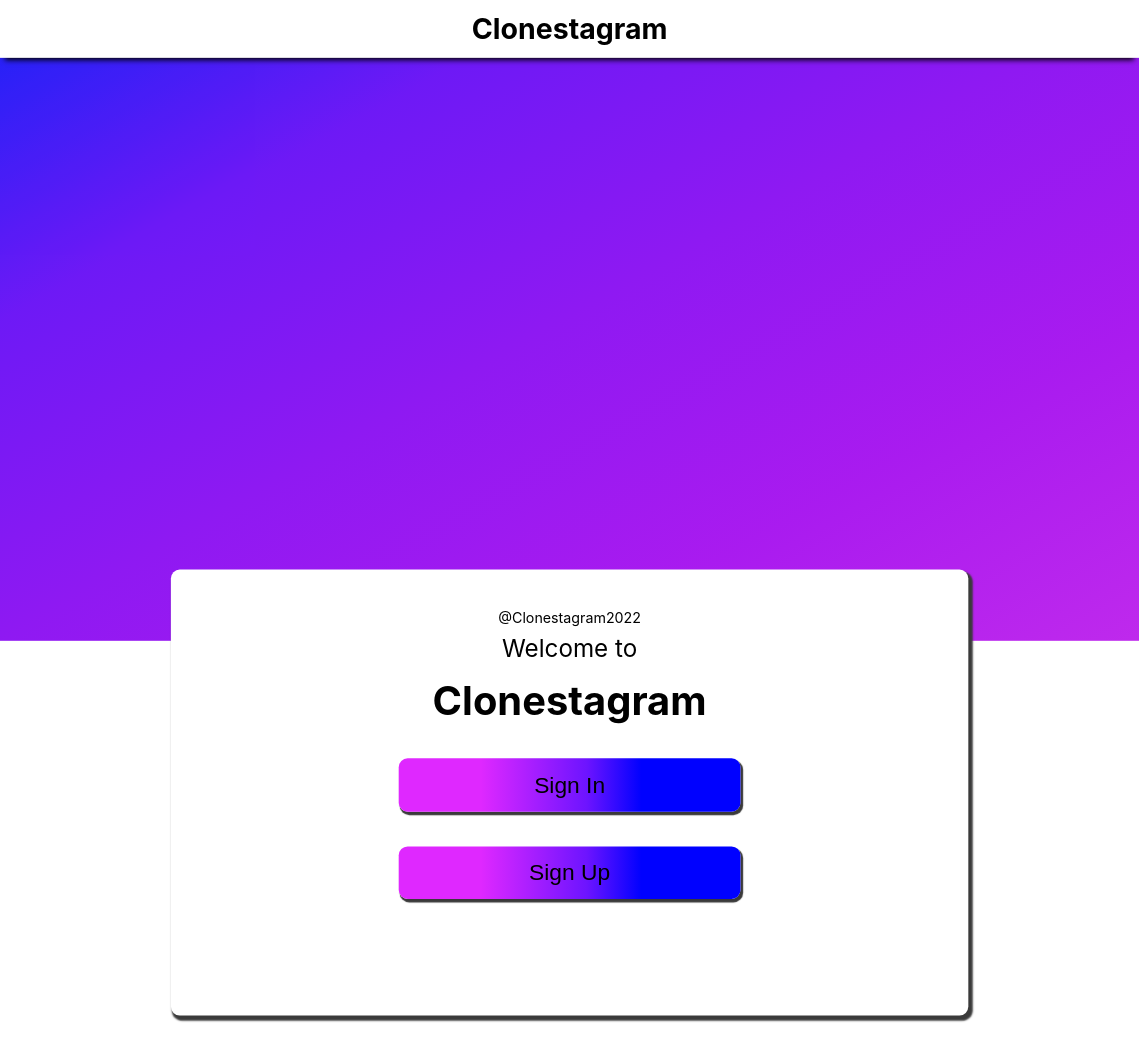
Repository: MikeMoore55/clonestagram
Page: /
These files come from the project's save history. The page is drawn as it stood at one moment and after the next save; the edit follows.
The browser window is 1280 px wide. The pictures show the whole page, at 89% of full size.
The project was rebuilt for these pictures with package versions that can differ from the ones it lists, and the page was loaded fresh each time. The framework's server and built-in components were replaced by stand-ins that run in the browser. Also part of the build but not shown: next.config.js.

Above is the page before, as saved 2022-11-18 08:36:33.

### pages/_app.jsx
import Layout from '../components/Layout/Layout';
import '../styles/globals.css';

export default function MyApp({ Component, pageProps }) {
  return (
    <Layout>
      <Component {...pageProps} />
    </Layout>
  );
};

### pages/index.jsx
import Head from 'next/head';
import Image from 'next/image';
import styles from '../styles/Home.module.css';
import Link from 'next/link';

export default function Home() {
  return (
    <div className={styles.container}>

      <div className={styles.greetingContainer}>
        <p>Welcome to</p>
        <h3>Clonestagram</h3>
        <div className={styles.btnsContainer}>
        <button className={styles.btn}>
          <Link href='/signin'>
            Sign In
          </Link>
        </button>

        <button className={styles.btn}>
          <Link href='/signup'>
            Sign Up
          </Link>
          </button>
        </div>
      </div>

      <div className={styles.backgroundFeature}>
        1
      </div>

      <div className={styles.bottomContainer}>
        <p>@Clonestagram2022</p>
      </div>
    </div>
  );
};

### components/Layout/Layout.jsx
import React from 'react';
import Header from './Header';

export default function Layout({children}) {
  return (
    <div id='Layout'>
      <Header />
      {children}
    </div>
  );
};

### styles/globals.css
html,
body {
  padding: 0;
  margin: 0;
  font-family: -apple-system, BlinkMacSystemFont, Segoe UI, Roboto, Oxygen,
    Ubuntu, Cantarell, Fira Sans, Droid Sans, Helvetica Neue, sans-serif;
}

a {
  color: inherit;
  text-decoration: none;
}

* {
  box-sizing: border-box;
}

@media (prefers-color-scheme: dark) {
  html {
    color-scheme: dark;
  }

  body {
    color: black;
    background: rgb(234, 233, 233);
  }
}

### styles/Home.module.css
.container {
    position: relative;
    padding-top: 20%;
}

.greetingContainer {
    position: relative;
    width: 70%;
    margin: 43% 15% 2% 15%;
    background-color: white;
    padding: 7% 5% 9% 5%;
    border-radius: 10px;
    box-shadow: 3px 4px 2px 2px rgb(58, 58, 58);
}

.greetingContainer p {
    position: relative;
    margin: 1%;
    padding: 0%;
    text-align: center;
    font-size: 1.2em;
}

.greetingContainer h3 {
    position: relative;
    margin: 2%;
    padding: 0%;
    text-align: center;
    font-size: 1.8em;
}

.btn {
    position: relative;
    width: 50%;
    margin: 4% 25% 2% 25%;
    background: rgb(223, 40, 255);
    background: linear-gradient(90deg, rgba(223, 40, 255, 1) 24%, rgba(109, 20, 255, 1) 55%, rgba(0, 1, 255, 1) 71%);
    border: none;
    border-radius: 10px;
    padding: 2%;
    font-size: 1.2em;
    box-shadow: 2px 3px 1px 1px rgb(58, 58, 58);
}

.btn:active {
    transform: scale(0.9);
}

.backgroundFeature {
    position: fixed;
    color: transparent;
    background-image: linear-gradient(to right bottom, #000bf8, #5e00f5, #8300f1, #a002ee, #b812eb);
    width: 100%;
    height: 100%;
    bottom: 0%;
    right: 0%;
    top: 0%;
    left: 0%;
    z-index: -1;
    opacity: 0.9;
}

.bottomContainer {
    position: fixed;
    bottom: 0%;
    left: 0%;
    right: 0%;
    width: 100%;
    text-align: center;
    color: black;
}

@media (min-width: 490px) {

    .container {
        position: relative;
        padding-top: 15%;
    }

    .greetingContainer {
        position: relative;
        width: 70%;
        margin: 35% 15% 2% 15%;
        background-color: white;
        padding: 5% 5% 9% 5%;
        border-radius: 10px;
        box-shadow: 3px 4px 2px 2px rgb(58, 58, 58);
    }

    .greetingContainer p {
        position: relative;
        margin: 1%;
        padding: 0%;
        text-align: center;
        font-size: 1.7em;
    }

    .greetingContainer h3 {
        position: relative;
        margin: 2%;
        padding: 0%;
        text-align: center;
        font-size: 2.8em;
    }

    .btn {
        position: relative;
        width: 50%;
        margin: 3% 25% 2% 25%;
        background: rgb(223, 40, 255);
        background: linear-gradient(90deg, rgba(223, 40, 255, 1) 24%, rgba(109, 20, 255, 1) 55%, rgba(0, 1, 255, 1) 71%);
        border: none;
        border-radius: 10px;
        padding: 2%;
        font-size: 1.6em;
        box-shadow: 2px 3px 1px 1px rgb(58, 58, 58);
    }

    .btn:active {
        transform: scale(0.9);
    }

    .backgroundFeature {
        position: fixed;
        color: transparent;
        background-image: linear-gradient(to right bottom, #000bf8, #5e00f5, #8300f1, #a002ee, #b812eb);
        width: 100%;
        height: 100%;
        bottom: 0%;
        right: 0%;
        top: 0%;
        left: 0%;
        z-index: -1;
        opacity: 0.9;
    }

    .bottomContainer {
        position: fixed;
        bottom: 0%;
        left: 0%;
        right: 0%;
        width: 100%;
        text-align: center;
        color: black;
    }

}

@media (min-width: 1000px) {}

### components/Layout/Header.jsx
import React from 'react';
import styles from '../../styles/Header.module.css';

export default function Header() {
    return (
        <header className={styles.header}>
            <h1>Clonestagram</h1>
        </header>
    );
};

### styles/Header.module.css
.header {
    position: fixed;
    top: 0%;
    left: 0%;
    right: 0%;
    width: 100%;
    text-align: center;
    background-color: white;
    box-shadow: 0 8px 6px -6px black;
    z-index: 5;
    margin: 0%;
    padding: 3.5%;
}

.header h1 {
    margin: 0%;
    padding: 0%;
}


@media (min-width: 490px) {
    .header {
        padding: 3%;
    }

    .header h1 {
        font-size: 2.7em;
    }
}

@media (min-width: 1000px) {
    .header {
        padding: 1%;
    }

    .header h1 {
        font-size: 2em;
    }
}

After the next save:
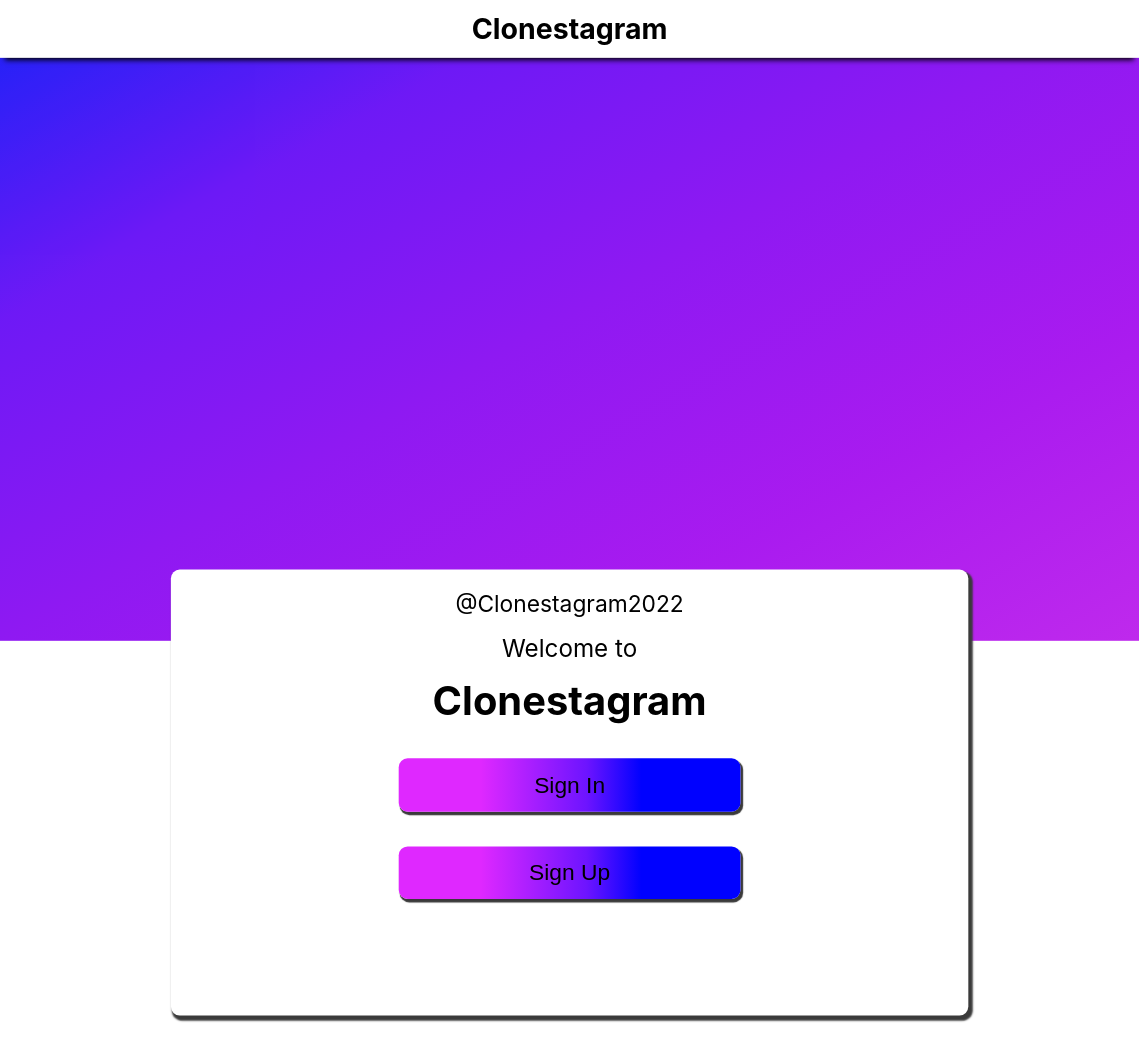
Saved 19 s later.
--- a/styles/Home.module.css
+++ b/styles/Home.module.css
@@ -142,6 +142,7 @@
         width: 100%;
         text-align: center;
         color: black;
+        font-size: 1.6em;
     }
 
 }
